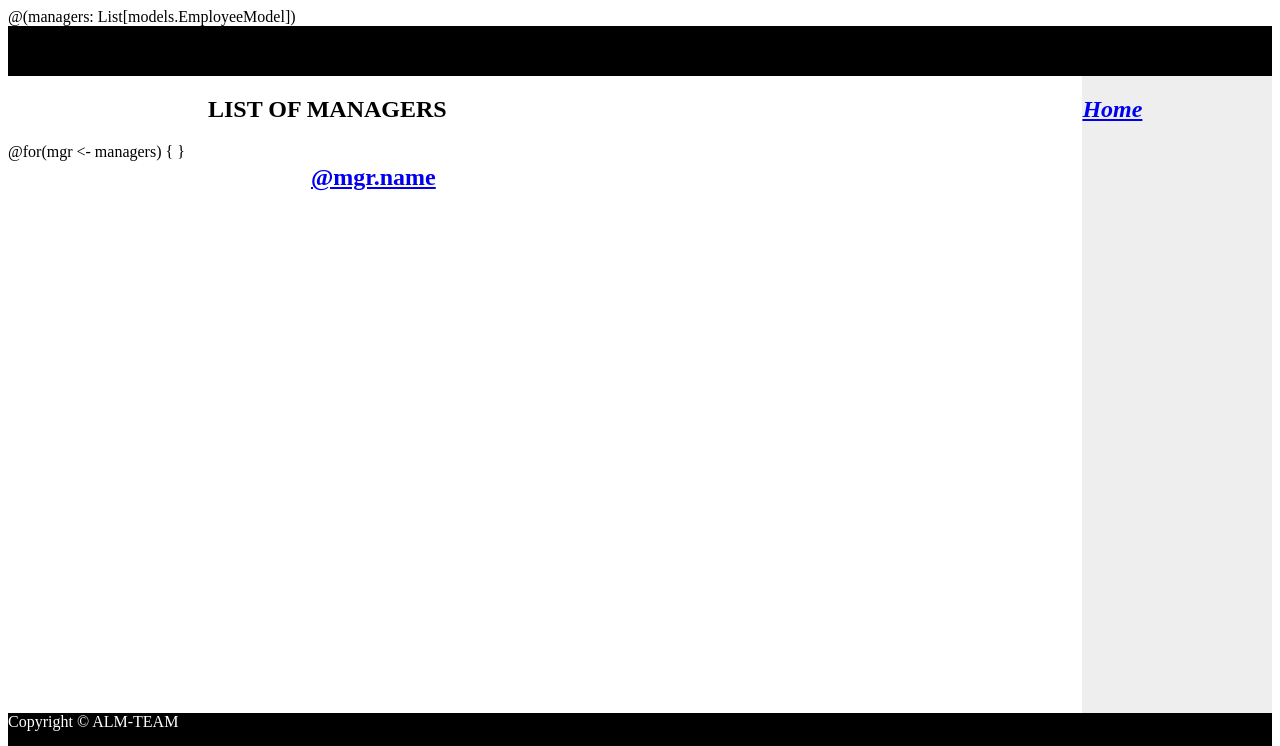
Repository: sumitkum200690/PLAY_SLICK
Page: Play_DB/app/views/managerPage.scala.html
The author's editor kept a copy of each file at every save. The page is drawn from the files as they stood at one save, then again after the next save.
The browser window is 1280 px wide. The pictures show the whole page.

Above is the page before, as saved 2015-09-24 10:55:17.

After the next save:
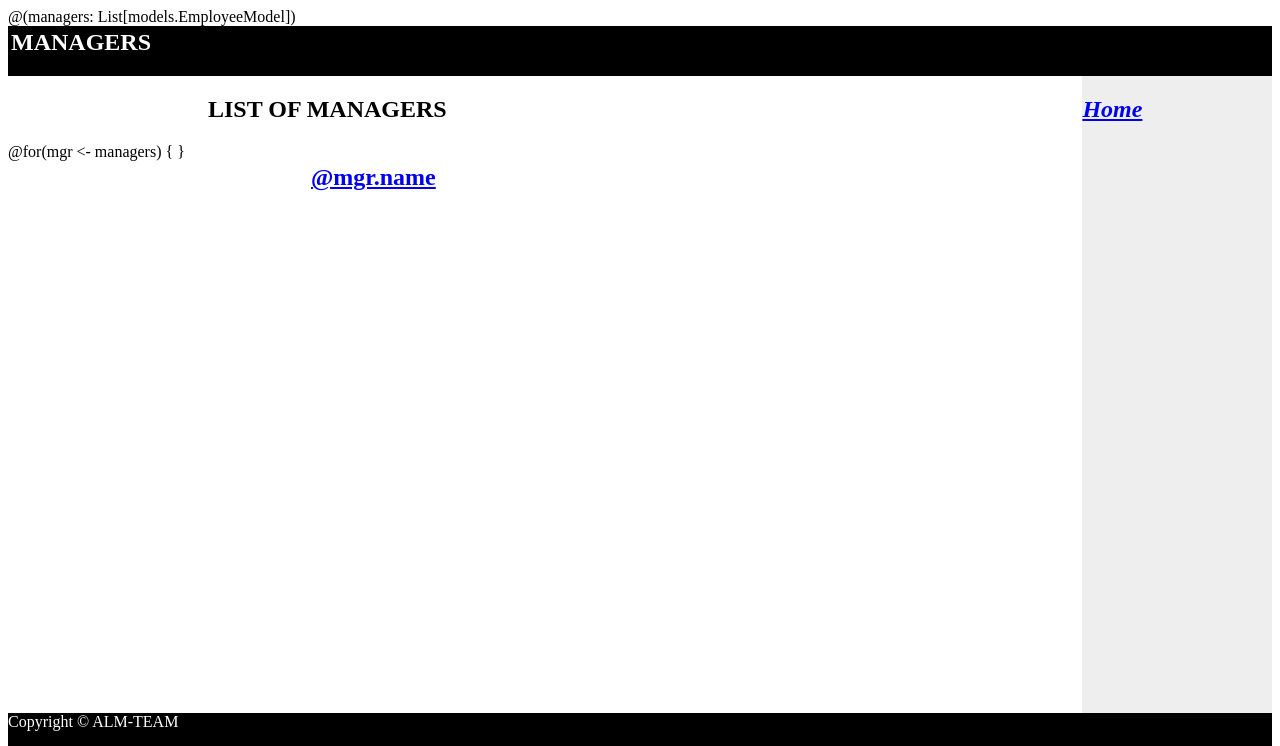
Saved 45 s later.
--- a/Play_DB/app/views/managerPage.scala.html
+++ b/Play_DB/app/views/managerPage.scala.html
@@ -110,7 +110,7 @@
 
 	<div id="header">
 	<table><tr><td>
-	<h2  >MANAGERS</h2></td></tr> </table>
+	<h2 style="color: white" >MANAGERS</h2></td></tr> </table>
 	</div>
 
 	<div id="d3">
